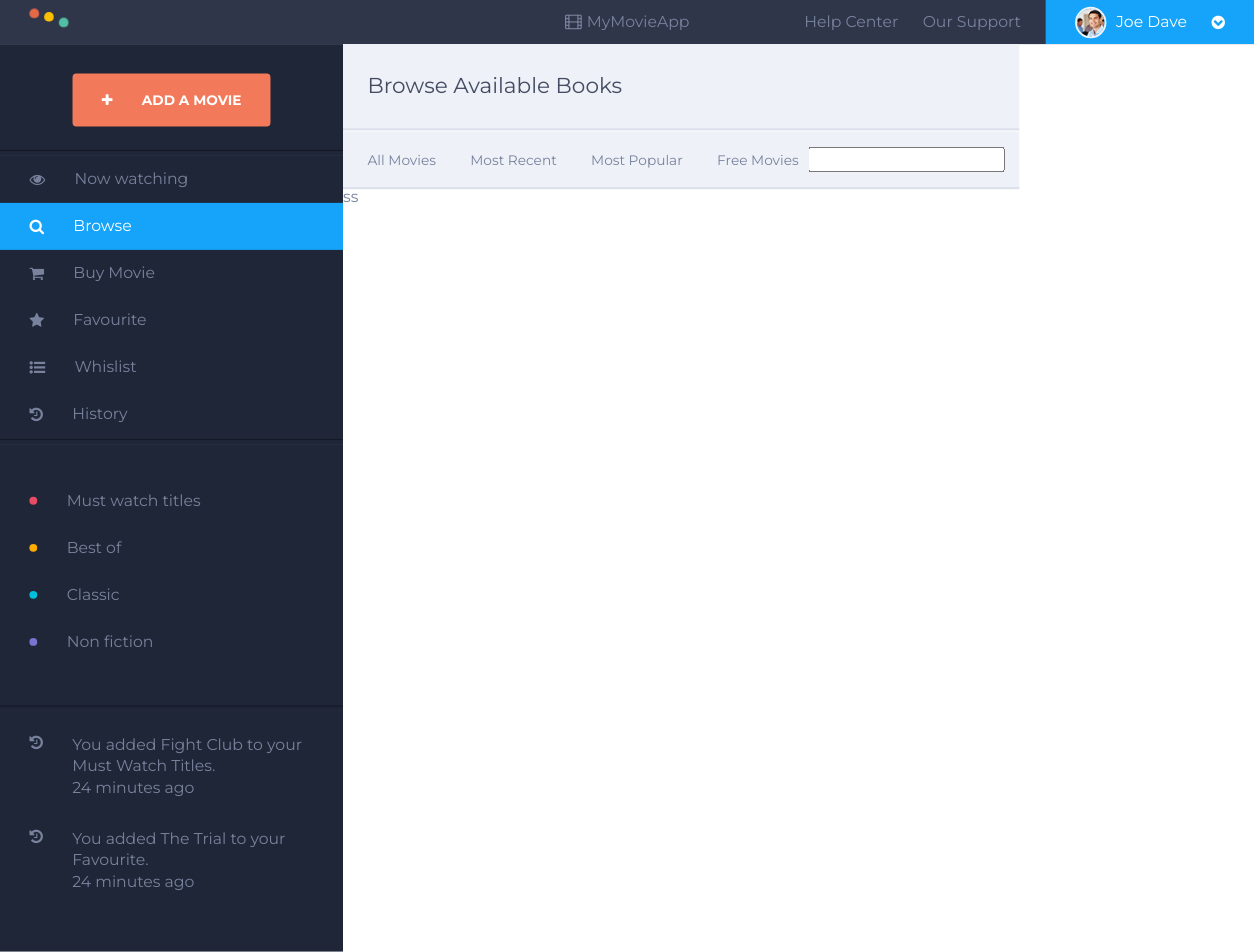
Repository: zyng/movie
Page: /
The author's editor kept a copy of each file at every save. The page is drawn from the files as they stood at one save, then again after the next save.
The browser window is 1280 px wide. The pictures show the whole page, at 98% of full size.
Some web libraries are served in a nearby version. The project was rebuilt for these pictures with package versions that can differ from the ones it lists, and the page was loaded fresh each time.

Above is the page before, as saved 2019-01-16 23:48:35.

After the next save:
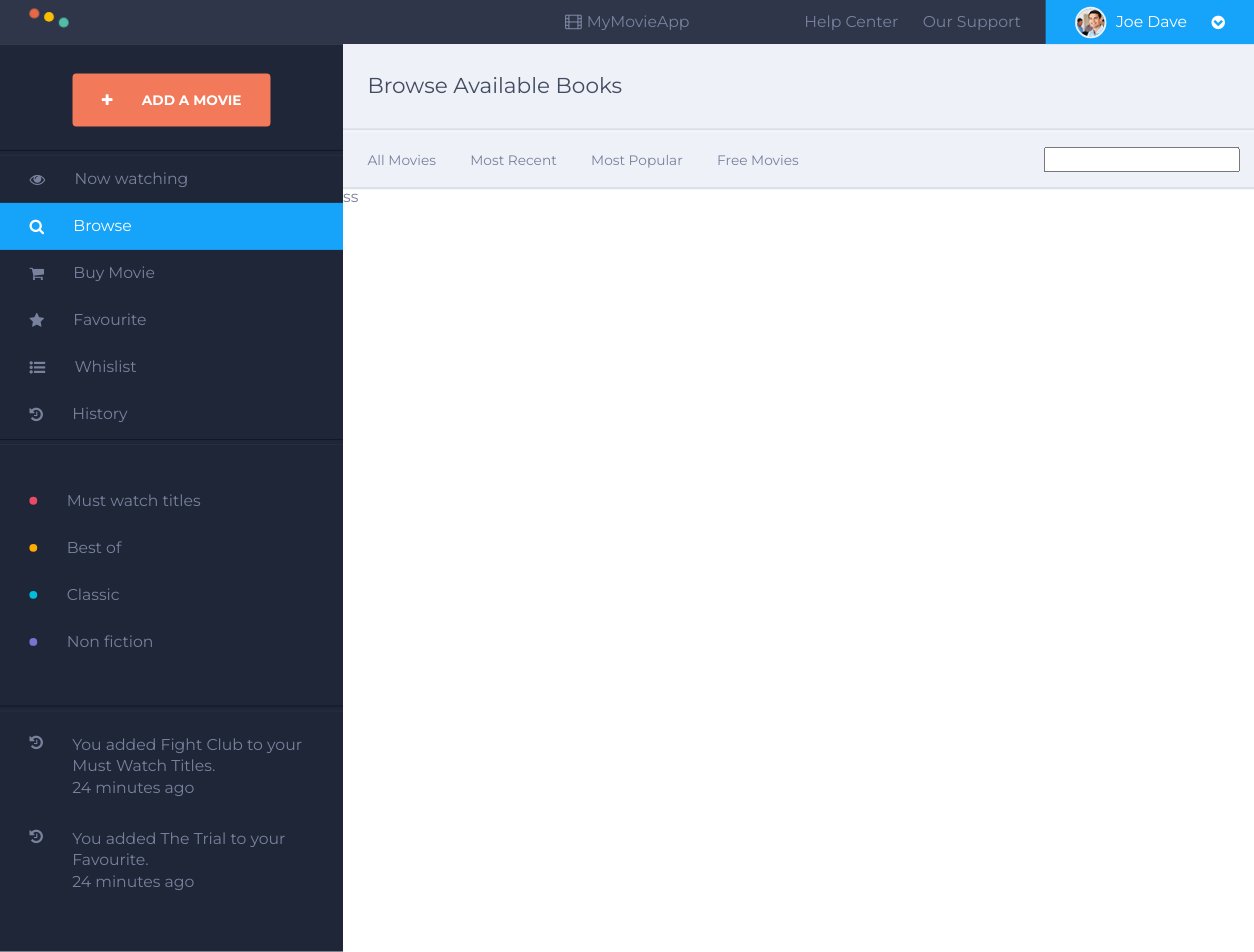
Saved 16 s later.
--- a/src/components/Main/Main.js
+++ b/src/components/Main/Main.js
@@ -8,7 +8,7 @@
         return (
 
 
-            <section>
+            <section className="main__content">
 
 
                 <header className="main__header">

After the 2 saves that followed:
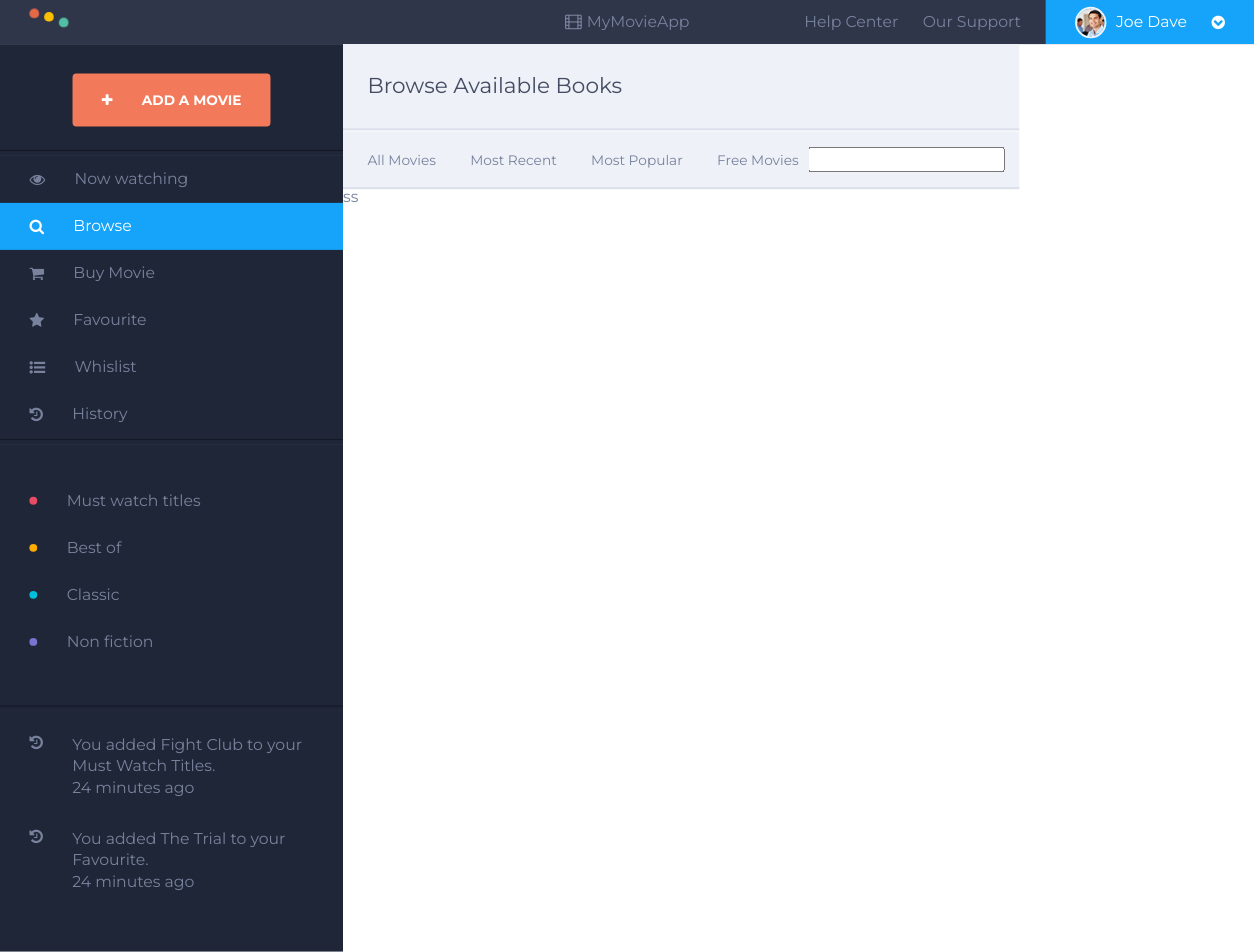
The 2 saves are shown as one change because 1 left the picture as it was.
The last was saved 70 s later.
--- a/src/components/Main/Main.js
+++ b/src/components/Main/Main.js
@@ -8,7 +8,7 @@
         return (
 
 
-            <section className="main__content">
+            <section className="main">
 
 
                 <header className="main__header">
@@ -24,7 +24,7 @@
                     </div>
                 </header>
 
-                <section className="main__content">
+                <section className="">
 
                     <div className="main__movies">
 
